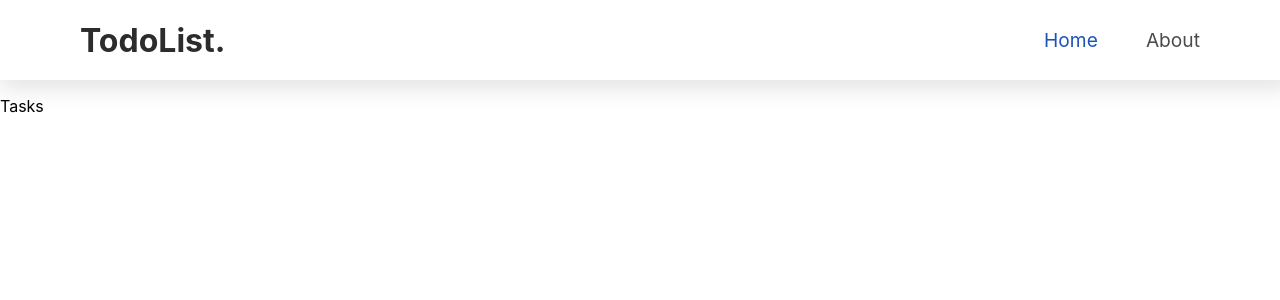
Repository: dqhuy153/react-todoList
Page: /
These files come from the project's save history. The page is drawn as it stood at one moment and after the next save; the edit follows.
The browser window is 1280 px wide. The pictures show the whole page.
The project was rebuilt for these pictures with package versions that can differ from the ones it lists, and the page was loaded fresh each time. Also part of the build but not shown: src/components/UI/LoadingSpinner.module.scss, src/components/pages/Home.module.scss.

Above is the page before, as saved 2021-09-16 19:26:35.

### src/App.js
import React, { Suspense } from 'react';
import { Switch, Route } from 'react-router-dom';

import './App.css';
import Layout from './components/layout/Layout';
import LoadingSpinner from './components/UI/LoadingSpinner';

const Home = React.lazy(() => import('./components/pages/Home'));
const About = React.lazy(() => import('./components/pages/About'));

function App() {
  return (
    <Layout>
      <Suspense
        fallback={
          <div className="centered">
            <LoadingSpinner />
          </div>
        }
      >
        <Switch>
          <Route path="/" exact>
            <Home />
          </Route>
          <Route path="/about">
            <About />
          </Route>
          {/* <Route path="/products" exact>
          <Products />
        </Route>
        <Route path="/products/:productId">
          <ProductDetail />
        </Route> */}
        </Switch>
      </Suspense>
    </Layout>
  );
}

export default App;

### src/App.css
* {
  box-sizing: border-box;
}

.centered {
  margin: 3rem auto;
  text-align: center;
  display: flex;
  justify-content: center;
  align-items: center;
}

### src/components/layout/Layout.js
import React, { Fragment } from 'react';
import AppNavigation from './AppNavigation';

import styles from './Layout.module.scss';

export default function Layout(props) {
  return (
    <Fragment>
      <AppNavigation logoTitle="TodoList." />
      <main className={styles.main}>{props.children}</main>
    </Fragment>
  );
}

### src/components/UI/LoadingSpinner.js
import styles from './LoadingSpinner.module.scss';

const LoadingSpinner = () => {
  return <div className={styles.spinner}></div>;
};

export default LoadingSpinner;

### src/components/pages/Home.js
import React from 'react';

import styles from './Home.module.scss';

export default function Home(props) {
  return (
    <>
      <p>Tasks</p>
    </>
  );
}

### src/components/layout/AppNavigation.js
import React from 'react';
import { NavLink } from 'react-router-dom';

import styles from './AppNavigation.module.scss';

export default function AppNavigation({ logoTitle = 'Demo.', ...props }) {
  return (
    <header className={styles.header}>
      <div className={styles.logo}>{logoTitle}</div>
      <nav>
        <ul>
          <li>
            <NavLink to="/" exact activeClassName={styles.active}>
              Home
            </NavLink>
          </li>
          <li>
            <NavLink to="/about" activeClassName={styles.active}>
              About
            </NavLink>
          </li>
        </ul>
      </nav>
    </header>
  );
}

### src/components/layout/AppNavigation.module.scss
.header {
  width: 100%;
  height: 5rem;
  display: flex;
  align-items: center;
  justify-content: space-between;
  background-color: #ffffff;
  padding: 0 5rem;
  box-shadow: 5px 5px 20px 5px rgba(0, 0, 0, 0.1);
}

.logo {
  font-size: 2rem;
  color: rgb(44, 44, 44);
  font-weight: bold;
}

.header ul {
  list-style: none;
  margin: 0;
  padding: 0;
  display: flex;
  align-items: baseline;
}

.header li {
  margin-left: 3rem;
}

.header a {
  text-decoration: none;
  font-size: 1.2rem;
  color: #4b4b4b;
}

.header a:hover,
.header a:active,
.header a.active {
  color: rgb(28, 83, 184);
}

Loaded but not shown: public/index.html (common file); src/index.js (common file); src/index.css (common file); src/reportWebVitals.js (common file); src/components/layout/Layout.module.scss (no stored copy; drawn as an empty file)

After the next save:
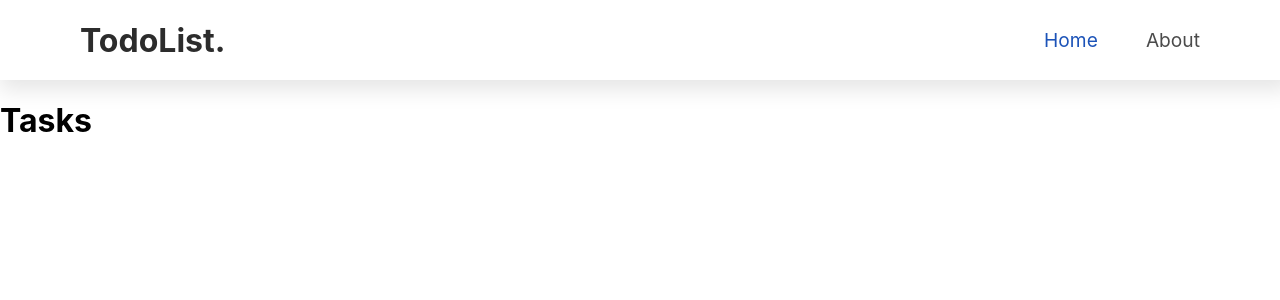
Saved 5 s later.
--- a/src/components/pages/Home.js
+++ b/src/components/pages/Home.js
@@ -5,7 +5,7 @@ import styles from './Home.module.scss';
 export default function Home(props) {
   return (
     <>
-      <p>Tasks</p>
+      <h1>Tasks</h1>
     </>
   );
 }
